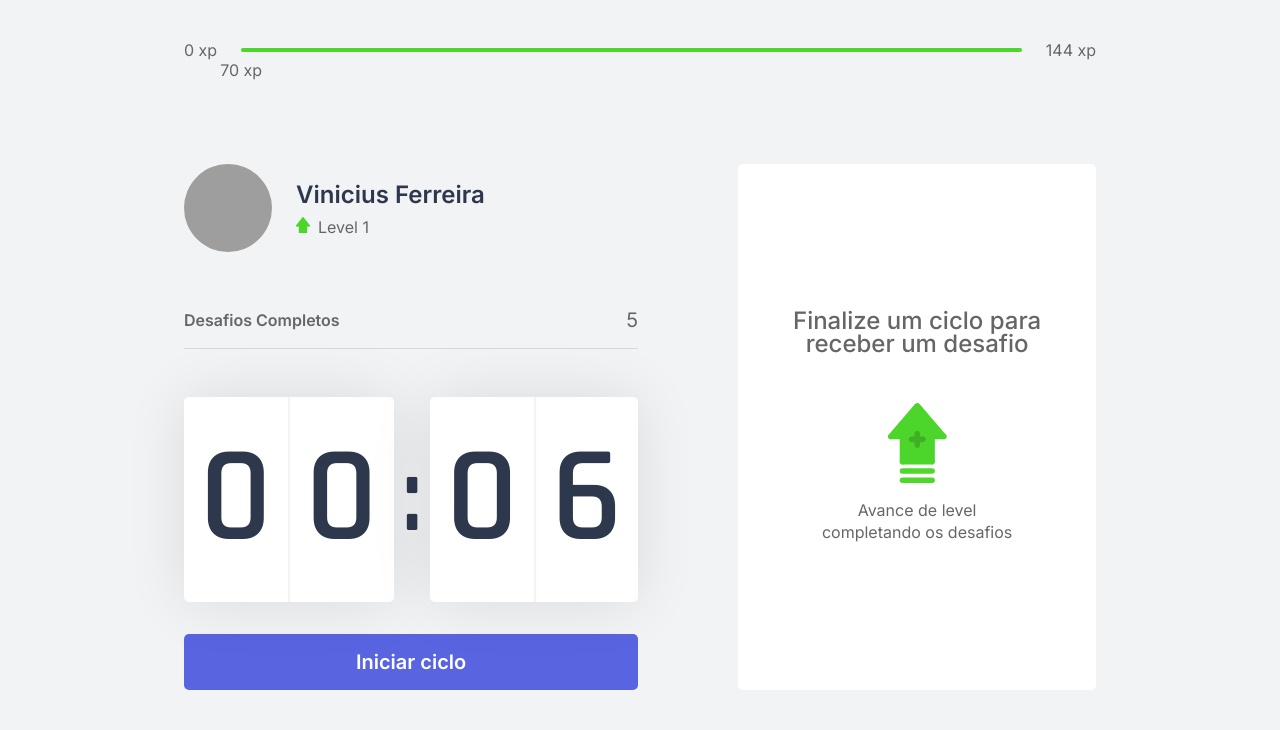
Repository: viniciusfg05/nlwFocus
Page: /
The author's editor kept a copy of each file at every save. The page is drawn from the files as they stood at one save, then again after the next save.
The browser window is 1280 px wide. The pictures show the whole page.
Pictures or frames that could not be fetched are drawn as grey boxes. The project was rebuilt for these pictures with package versions that can differ from the ones it lists, and the page was loaded fresh each time. The framework's server and built-in components were replaced by stand-ins that run in the browser.

Above is the page before, as saved 2022-02-28 15:22:38.

### src/pages/_app.tsx
import '../styles/global.css'
import { AppProps } from 'next/app'
import { ChallegesProvider, ChallengesContext } from '../context/ChallengesContext'

function MyApp({ Component, pageProps }: AppProps) {
  return (
    <ChallegesProvider>
      <Component {...pageProps} />
    </ChallegesProvider>
  )
}

export default MyApp

### src/pages/_document.tsx
import Document, { Html, Head, Main, NextScript} from 'next/document'

export default class Mydocument extends Document {
    render() {
        return(
            <Html>
                <Head>
                    <link rel='shortcut icon' href='favicon.png' type='image/png' />

                    <link rel="preconnect" href="https://fonts.gstatic.com" />
                    <link href="https://fonts.googleapis.com/css2?family=Inter:wght@400;500;600&family=Rajdhani:wght@600&display=swap" rel="stylesheet" />
                </Head>
                <body>
                    <Main />
                    <NextScript />
                </body>
            </Html>
        )
    }
}

### src/pages/index.tsx
import { CompleteChallenges } from "../components/CompleteChallenges";
import { CountDown } from "../components/CountDown";
import { ExperienceBar } from "../components/ExperinceBar";
import { Profile } from "../components/Profile";
import { ChallegesBox } from "../components/ChallegesBox";

import styles from "../styles/pages/Home.module.css"

import Head from 'next/head'

export default function Home() {
  return (
    <div className={styles.container}>
      <Head>
        <title>Inicio | Focus</title>
      </Head>

      <ExperienceBar />

      <section>
        <div>
          <Profile />
          <CompleteChallenges />
          <CountDown />
        </div>
        <div>
          <ChallegesBox />
        </div>
      </section>

    </div>
  )
}

### src/styles/global.css
*{
    margin: 0;
    padding: 0;
    box-sizing: border-box;
}

:root{
    --white: #fff;
    --background: #f2f3f5;
    --gray-line: #DCDDE0;
    --text: #666666;
    --text-highligth: #B3B9FF;
    --title: #2E384D;
    --red: #E83F5B;
    --green: #4CD62B;
    --blue: #5965E0;
    --blue-dark: #4953B8;
    --blue-twitter: #2AA9E0;
}

@media(max-white: 1080px) {
    html{
        font-size: 93.75%;
    }
}

@media(max-white: 750px) {
    html{
        font-size: 87.5%;
    }
}

body{
    background-color: var(--background);
    color: var(--text);

}

body, input, textarea, button {
    font: 400 1rem 'inter', sans-serif;
}

button{
    cursor: pointer;
}

a{
    color: inherit; /* para erdar a color do container */
    text-decoration: none;
}

### src/context/ChallengesContext.tsx
import { createContext, useState, ReactNode } from 'react';
import challenges from '../../challenge.json'

interface Challenges {
  type: 'body' | 'eye'
  description: string;
  amount: number;
}

interface ChallengesProviderProps{
  children: ReactNode;
}

interface ChallengesContextData {
  level: number;
  currentExperience: number;
  challengeCompleted: number;
  levelUp: () => void;
  startNewChallenge: () => void;
  activeChallengen: Challenges;
  resetChallenge: () => void;
  experienceNextLevel: number;
}

export const ChallengesContext = createContext({} as ChallengesContextData)

export function ChallegesProvider({children}:ChallengesProviderProps ) {
  const [level, setLevel] = useState(1);
  const [ currentExperience, setCurrentExperience ] = useState(70)
  const [ challengeCompleted, setChallengeCompleted ] = useState(0)

  const [ activeChallengen, setActiveChallenge ] = useState(null)

  const experienceNextLevel = Math.pow((level + 1) * 6, 2)

  function levelUp() {
    setLevel(level + 1);
  }

  function startNewChallenge() {
    const randomChallengeIndex = Math.floor(Math.random() * challenges.length);
    const challenge = challenges[randomChallengeIndex]

    setActiveChallenge(challenge)
  }

  function resetChallenge() {
    setActiveChallenge(null);
  }

  return (
    <ChallengesContext.Provider
    value={{ level,
      currentExperience,
      challengeCompleted,
      levelUp,
      startNewChallenge,
      activeChallengen,
      resetChallenge,
      experienceNextLevel
    }}>
      {children}
    </ChallengesContext.Provider>
  )
}

### src/components/CompleteChallenges.tsx
import styles from '../styles/components/CompleteChallenges.module.css'


export function CompleteChallenges() {
    return(
        <div className={styles.CompleteChallenges}>
            <strong>Desafios Completos</strong>
            <span>5</span>
        </div>
    )
}

### src/components/CountDown.tsx
import { useState, useEffect, useContext } from 'react'
import { ChallengesContext } from '../context/ChallengesContext';
import styles from '../styles/components/CountDown.module.css'

let countDownTimeOut: NodeJS.Timeout; //para cancelar o timeOut


export function CountDown() {
    const { startNewChallenge } = useContext(ChallengesContext)


    const [ time, setTime ] = useState(0.1 * 60)
    const [ isActive, setIsActive ] = useState(false)// para iniciar com desabilitado o conometro
    const [ timeFineshed, setTimeFineshed] = useState(false)

    const minutos = Math.floor(time / 60);
    const segundos = (time % 60); // '%' resto da divisão

    const [minuteLefts, minuteRight] = String(minutos).padStart(2, '0').split('')
    const [ segundosLefts, segundosRights ] = String(segundos).padStart(2, '0').split('')

    // padStart(2 '0') = para os numero a baixo de 10 ele vai add um '0' no inicio, ex. '05'
    // split('') = ele vai pera a string por exemplo '25' e repartir em dois '2' e '5'. split devolve um array com primeiro e segundo caractere

    function startCoutDown() {
        setIsActive(true);
    }

    function CancelCoutDown() {
        clearTimeout(countDownTimeOut)
        setIsActive(false);
        setTime((0.1 * 60))
    }

    useEffect(() => {
        if (isActive && time > 0) {
            countDownTimeOut = setTimeout(() => {setTime(time - 1);}, 1000)
        } else if (isActive && time === 0) {
            setTimeFineshed(true)
            setIsActive(false);
            startNewChallenge()

        }
    }, [isActive, time]);

    // setTimeout(() => {setTime(time - 1);}, 1000) = setTimeout = depois de 1000ms execute uma função; setTime recebe o valor de time -1.ou seja ele mudar para -1 a cada 1s e se add o time no useEffect sempre que o time mudar ele tira mais 1 segundo
    return(
        <div>
            <div className={styles.CountDownContainer}>
            <div>
                <span>{minuteLefts}</span>
                <span>{minuteRight}</span>
            </div>
            <span>:</span>
            <div>
                <span>{segundosLefts}</span>
                <span>{segundosRights}</span>
            </div>
        </div>

        {timeFineshed ? (
            <button
            disabled
            className={`${styles.CountdownButton} ${styles.CountdownButtonFinished}`}
            >
                Cliclo encerrado
            </button>
        ) : (
            <>
                { isActive ? (
                    <button
                    type="button"
                    className={`${styles.CountdownButton} ${styles.CountdownButtonActive} `}
                    onClick={CancelCoutDown}
                    >
                        Abondonar ciclo
                    </button>
                ) : (
                    <button
                        type="button"
                        className={styles.CountdownButton}
                        onClick={startCoutDown}
                     >
                        Iniciar ciclo
                    </button>
                )}
            </>
        )}






        </div>
    )
}

### src/components/ExperinceBar.tsx
import { useContext } from 'react'
import { ChallengesContext } from '../context/ChallengesContext'
import styles from '../styles/components/ExperienceBar.module.css'

export function ExperienceBar() {
    const { currentExperience, experienceNextLevel } = useContext(ChallengesContext)

    const porcentalNextLevel = Math.round((currentExperience * 100) / experienceNextLevel)

    return(
        <header className={styles.experienceBar}>
            <span>0 xp</span>
                <div>
                    <div style={{ width: `${porcentalNextLevel}`}}/>

                    <span className={styles.currentExperience} style={{ left: `${porcentalNextLevel}`}}>{currentExperience} xp</span>
                </div>
            <span>{experienceNextLevel} xp</span>
        </header>
    )
}

### src/components/Profile.tsx
import styles from '../styles/components/Profile.module.css'


export function Profile() {
    return(
        <div className={styles.profileContainer} >
            <img src="https://avatars.githubusercontent.com/u/68232658?s=400&u=003f61fe1fe4474daf9c3f5226d596c5f99dd759&v=4" alt="Vinicius Ferreira" />
            <div>
                <strong>Vinicius Ferreira</strong>
                <p>
                    <img src="icons/level.svg" alt="Level" />
                    Level 1
                </p>
            </div>
        </div>
    )
}

### src/components/ChallegesBox.tsx
import { useContext } from 'react'
import { ChallengesContext } from '../context/ChallengesContext'
import styles from '../styles/components/ChallegesBox.module.css'

export function ChallegesBox() {
  const { activeChallengen, resetChallenge } = useContext(ChallengesContext)


  return (
    <div className={styles.ChallegesBoxContainer}>
      {activeChallengen ? (
        <div className={styles.ChallegesBoxActive}>
          <header>Ganhe {activeChallengen.amount}xp</header>
          <main>
            <img src={`icons/${activeChallengen.type}.svg`} alt="Ganhe 400xp" />
            <strong>Novo desafio</strong>
            <p>{activeChallengen.description}</p>
          </main>

          <footer>
            <button
            type="button"
            className={styles.ChallegesFailedButton}
            onClick={resetChallenge}
            >
              Falhei
            </button>

            <button
            type="button"
            className={styles.ChallegesCompleteButton}
            >
              Completei
            </button>
          </footer>
        </div>


      ) : (
        <div className={styles.ChallegesBoxNotActive}>
        <strong>Finalize um ciclo para receber um desafio</strong>
        <p>
          <img src="icons/level-up.svg" alt="Level up" />
          Avance de level completando os desafios
        </p>
      </div>
      )}
    </div>
  )
}

### src/styles/pages/Home.module.css
.container{
    height: 100;
    max-width: 992px;
    margin: 0 auto;
    padding: 2.5rem;

    display: flex;
    flex-direction: column;

    gap: 6.5rem;
}

.container section {
    flex: 1;

    display: grid;
    grid-template-columns: 1fr 1fr;
    gap: 6.25rem;
    align-content: center;
}

### src/styles/components/CompleteChallenges.module.css
.CompleteChallenges {
    display: flex;
    align-items: center;
    justify-content: space-between;

    margin: 3.5rem 0 0;
    padding-bottom: 1rem;
    border-bottom: 1px solid #d7d8da;
    font-weight: 400;
    /* font: "Inter", sans-serif; ; */
    margin-bottom: 3rem
}


.CompleteChallenges span:first-child{
    font-size: 1.25rem;
}


.CompleteChallenges span:last-child{
    font-size: 1.25rem;
}

### src/styles/components/CountDown.module.css
.CountDownContainer {
  display: flex;
  align-items: center;
  font-family: Rajdhani;
  font-weight: 600;
  color: var(--title);
}

.CountDownContainer > div {
  flex: 1;

  display: flex;
  align-items: center;
  justify-content: space-evenly;

  background-color: var(--white);
  box-shadow: 0 0 60px rgba(0, 0, 0, 0.1);
  border-radius: 5px;
  font-size: 8.5rem;
  text-align: center;
}

.CountDownContainer > div span {
  flex: 1;
}

.CountDownContainer > div span:first-child {
  border-right: 1px solid #f8f1f3;
  padding: 1rem;
}

.CountDownContainer > div span:last-child {
  border-left: 1px solid #f8f1f3;
  padding: 1rem;
}

.CountDownContainer > span {
  font-size: 6.5rem;
  margin: 0 0.5rem;
}

.CountdownButton {
  width: 100%;
  height: 3.5rem;

  margin-top: 2rem;

  display: flex;
  align-items: center;
  justify-content: center;

  border: 0;
  border-radius: 5px;
  background-color: var(--blue);
  color: var(--white);

  font-size: 1.25rem;
  font-weight: 600;
  transition: background-color 0.3s;
}

.CountdownButton:not(:disabled):hover {
  background-color: var(--blue-dark);
}

.CountdownButtonActive {
  background-color: var(--red);
  color: var(--gray-line);

  transition: 0.3s;
}

.CountdownButtonActive:hover {
  background-color: #b83349;
  color: var(--gray-line);
}

.CountdownButtonFinished {
  background-color: var(--green);
  color: var(--title);
  cursor: not-allowed;
}

### src/styles/components/ExperienceBar.module.css
.experienceBar {
    display: flex;
    align-items: center;
}

.experienceBar spam {
    font-size: 1 rem;
}

.experienceBar > div {
    flex: 1;
    height: 4px;
    border-radius: 4px;
    background-color: var(--gray-line);
    margin: 0 1.5rem;
    position: relative;
}

.experienceBar > div > div{
    height: 4px;
    border-radius: 4px;
    background-color: var(--green)
}

span.currentExperience{
    position: absolute;
    top: 12px;
    transform: translateX(-50%)
}

### src/styles/components/Profile.module.css
.profileContainer {
    display: flex;
    align-items: center;
}

.profileContainer > img{
    width: 5.5rem;
    height: 5.5rem;
    border-radius: 50%;
}

.profileContainer div{
    margin-left: 1.5rem;
}

.profileContainer div strong {
    font-size: 1.5rem;
    font-weight: 600;
    color: var(--title);
}

.profileContainer div p {
    font-size: 1rem;
    margin-top: 0.5rem;
}

.profileContainer div p img {
    margin-right: 0.5rem;
}

### src/styles/components/ChallegesBox.module.css
.ChallegesBoxContainer {
  height: 100%;
  background: var(--white);
  border-radius: 5px;
  padding: 1.5rem 2rem;
  display: flex;
  flex-direction: column;
  align-items: center;
  justify-content: center;

  text-align: center;
}

.ChallegesBoxNotActive {
  display: flex;
  flex-direction: column;
  align-items: center;
}

.ChallegesBoxNotActive strong {
  font-size: 1.5rem;
  font-weight: 500;
  line-height: 1.4rem;
}

.ChallegesBoxNotActive p {
  display: flex;
  flex-direction: column;
  align-items: center;
  line-height: 1.4rem;
  max-width: 70%;
  margin-top: 3rem;
}

.ChallegesBoxNotActive p img {
  margin-bottom: 1rem;
}

.ChallegesBoxActive {
  height: 100%;
  display: flex;
  flex-direction: column;
}

.ChallegesBoxActive header {
  color: var(--blue-dark);
  font-weight: 600;
  font-size: 1.25rem;
  padding: 0 2rem 1.5rem;
  border-bottom: 1px solid var(--gray-line);
}

.ChallegesBoxActive main {
  flex: 1;
  display: flex;
  flex-direction: column;
  align-items: center;
  justify-content: center;
}

.ChallegesBoxActive main strong {
  font-size: 2rem;
  font-weight: 600;
  color: var(--title);
  margin: 1.5rem 0 1rem;
}

.ChallegesBoxActive main p {
  line-height: 1.5rem;
}

.ChallegesBoxActive footer {
  display: grid;
  grid-template-columns: 1fr 1fr;
  gap: 1rem;
}

.ChallegesBoxActive footer button {
  height: 3rem;
  align-items: center;
  justify-content: center;

  border: 0;
  border-radius: 5px;

  color: var(--white);

  font-size: 1rem;
  font-weight: 600;
  transition: 0.3s;
}

.ChallegesBoxActive footer button:hover {
  filter: brightness(0.9);
}

.ChallegesBoxActive footer button.ChallegesFailedButton {
  background-color: var(--red);
}

.ChallegesBoxActive footer button.ChallegesCompleteButton {
  background-color: var(--green);
}

Loaded but not shown: challenge.json (common file)

After the next save:
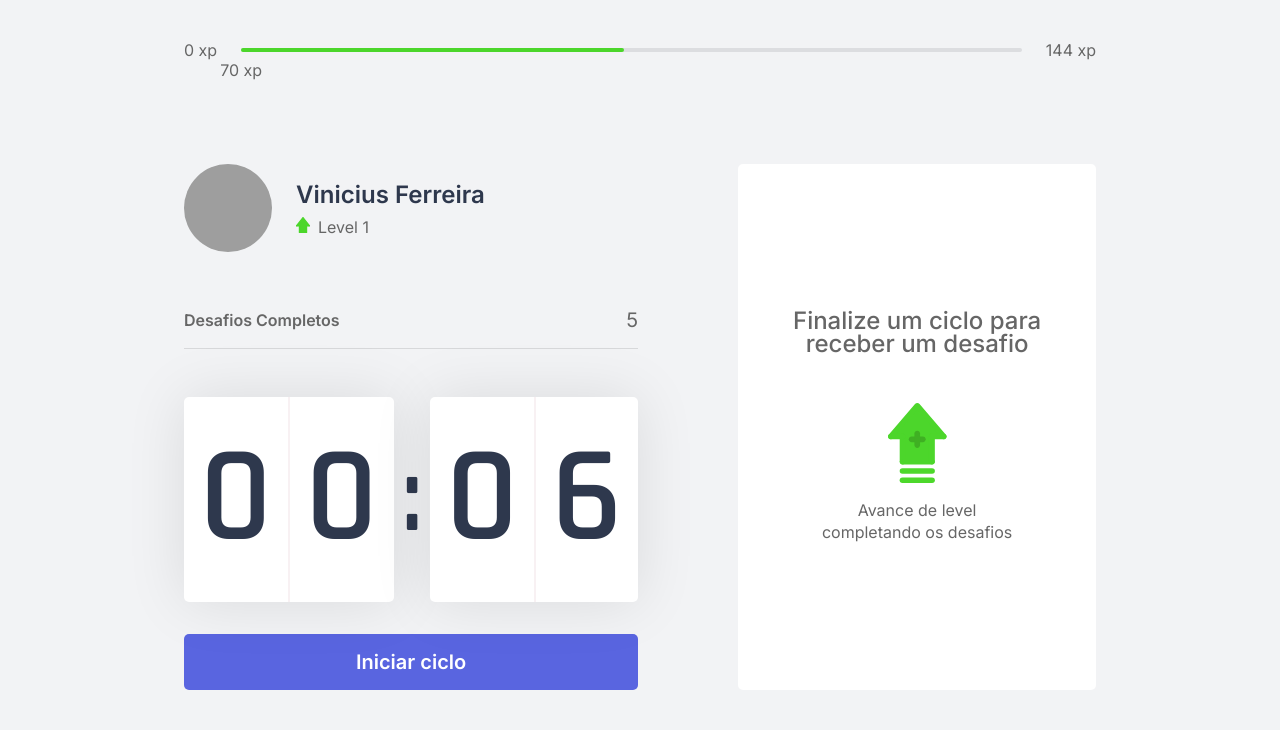
Saved 44 s later.
--- a/src/components/ExperinceBar.tsx
+++ b/src/components/ExperinceBar.tsx
@@ -11,7 +11,7 @@ export function ExperienceBar() {
         <header className={styles.experienceBar}>
             <span>0 xp</span>
                 <div>
-                    <div style={{ width: `${porcentalNextLevel}`}}/>
+                    <div style={{ width: `${porcentalNextLevel}%`}}/>
 
                     <span className={styles.currentExperience} style={{ left: `${porcentalNextLevel}`}}>{currentExperience} xp</span>
                 </div>
